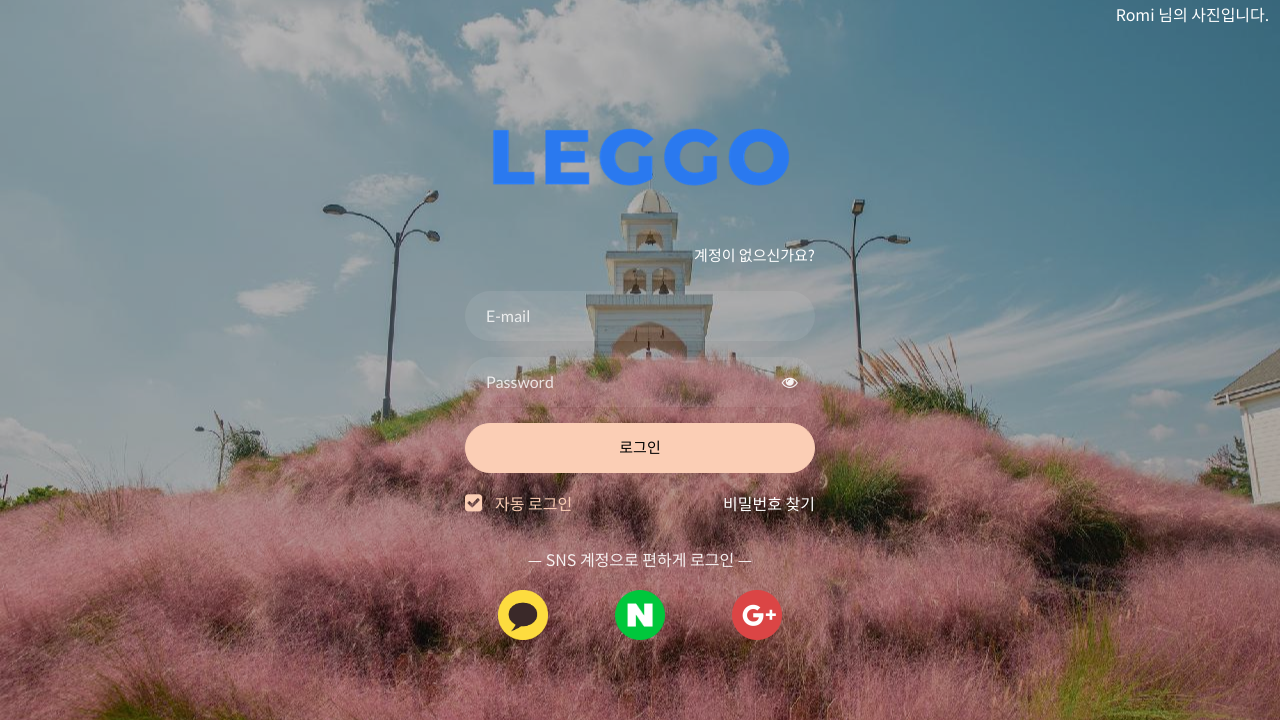
Repository: jangseohyun/LEGGO_2021
Page: http://localhost/PrjApp/Login.jsp
These files come from the project's save history. The page is drawn as it stood at one moment and after the next save; the edit follows.
The browser window is 1280 px wide. The pictures show the whole page.
The page is served by Tomcat 9.

Above is the page before, as saved 2021-06-23 11:46:49.

After the next save:
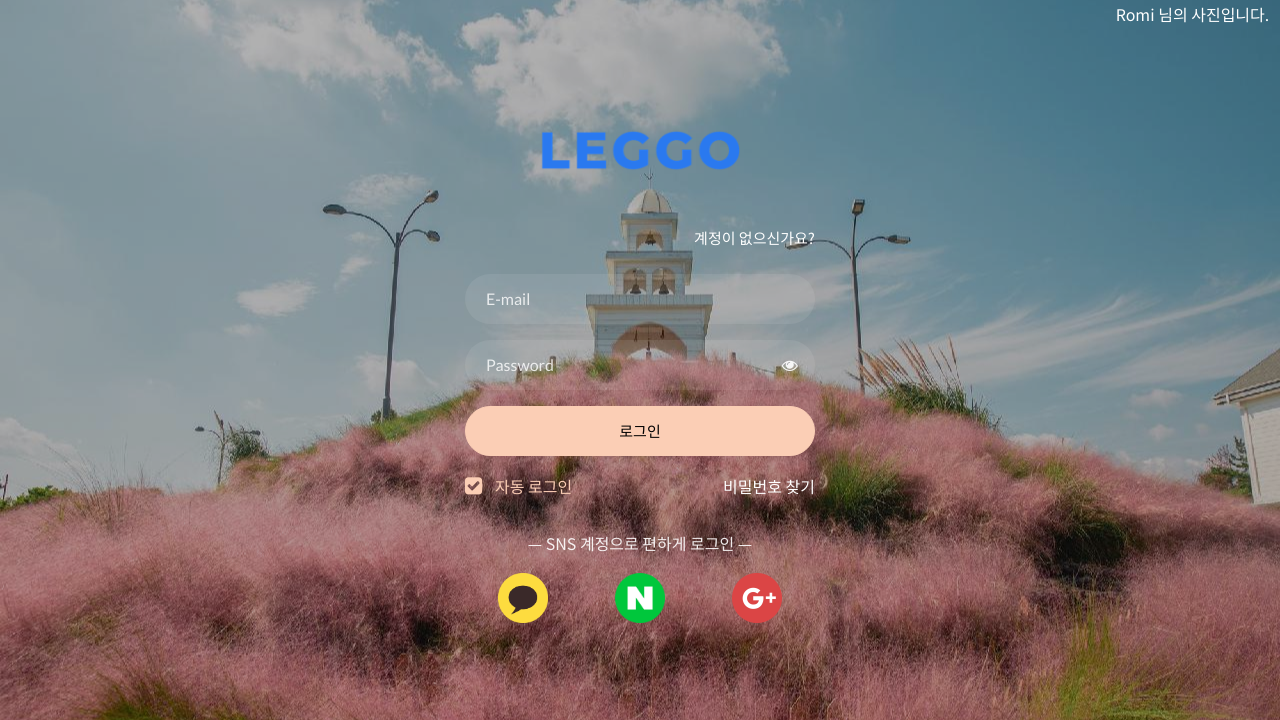
Saved 8 s later.
--- a/PrjApp/WebContent/Login.jsp
+++ b/PrjApp/WebContent/Login.jsp
@@ -34,7 +34,7 @@
 		<div class="container">
 			<div class="row justify-content-center">
 				<div class="col-md-6 text-center mb-5">
-					<h2 class="heading-section" style="font-family: 'Noto Sans KR', sans-serif;"><img src="images/leggo.png" style="width: 300px;"></h2>
+					<h2 class="heading-section" style="font-family: 'Noto Sans KR', sans-serif;"><img src="images/leggo.png" style="width: 200px;"></h2>
 				</div>
 			</div>
 			<div class="row justify-content-center">
